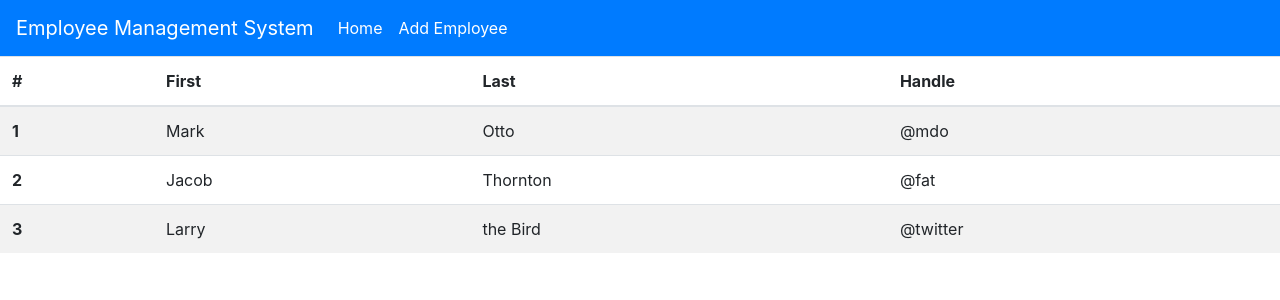
Repository: Keshav1902/Employee-Management-System
Page: http://localhost/index
The author's editor kept a copy of each file at every save. The page is drawn from the files as they stood at one save, then again after the next save.
The browser window is 1280 px wide. The pictures show the whole page.
Some web libraries are served in a nearby version. The page is this project's Thymeleaf template; nobody is signed in. The template is opened directly, without the code that normally fills it, so the values that code supplies are empty.

Above is the page before, as saved 2023-10-23 10:21:14.

### Employee_Management_System/src/main/resources/templates/index.html
<!doctype html>
<html lang="en">
<head>
<!-- Required meta tags -->
<meta charset="utf-8">
<meta name="viewport"
	content="width=device-width, initial-scale=1, shrink-to-fit=no">

<!-- Bootstrap CSS -->
<link rel="stylesheet"
	href="https://cdn.jsdelivr.net/npm/bootstrap@4.0.0/dist/css/bootstrap.min.css"
	integrity="sha384-Gn5384xqQ1aoWXA+058RXPxPg6fy4IWvTNh0E263XmFcJlSAwiGgFAW/dAiS6JXm"
	crossorigin="anonymous">

<title>Home Page</title>
</head>
<body>

	<nav class="navbar navbar-expand-lg navbar-dark bg-primary">
		<a class="navbar-brand" href="#">Employee Management System</a>
		<button class="navbar-toggler" type="button" data-toggle="collapse"
			data-target="#navbarSupportedContent"
			aria-controls="navbarSupportedContent" aria-expanded="false"
			aria-label="Toggle navigation">
			<span class="navbar-toggler-icon"></span>
		</button>

		<div class="collapse navbar-collapse" id="navbarSupportedContent">
			<ul class="navbar-nav mr-auto">
				<li class="nav-item active"><a class="nav-link" href="#">Home
						<span class="sr-only">(current)</span>
				</a></li>
				<li class="nav-item active"><a class="nav-link" href="#">Add Employee</a></li>
			</ul>
		</div>
	</nav>

	<table class="table table-striped">
  <thead>
    <tr>
      <th scope="col">#</th>
      <th scope="col">First</th>
      <th scope="col">Last</th>
      <th scope="col">Handle</th>
    </tr>
  </thead>
  <tbody>
    <tr>
      <th scope="row">1</th>
      <td>Mark</td>
      <td>Otto</td>
      <td>@mdo</td>
    </tr>
    <tr>
      <th scope="row">2</th>
      <td>Jacob</td>
      <td>Thornton</td>
      <td>@fat</td>
    </tr>
    <tr>
      <th scope="row">3</th>
      <td>Larry</td>
      <td>the Bird</td>
      <td>@twitter</td>
    </tr>
  </tbody>
</table>

	<!-- Optional JavaScript -->
	<!-- jQuery first, then Popper.js, then Bootstrap JS -->
	<script src="https://code.jquery.com/jquery-3.2.1.slim.min.js"
		integrity="sha384-KJ3o2DKtIkvYIK3UENzmM7KCkRr/rE9/Qpg6aAZGJwFDMVNA/GpGFF93hXpG5KkN"
		crossorigin="anonymous"></script>
	<script
		src="https://cdn.jsdelivr.net/npm/popper.js@1.12.9/dist/umd/popper.min.js"
		integrity="sha384-ApNbgh9B+Y1QKtv3Rn7W3mgPxhU9K/ScQsAP7hUibX39j7fakFPskvXusvfa0b4Q"
		crossorigin="anonymous"></script>
	<script
		src="https://cdn.jsdelivr.net/npm/bootstrap@4.0.0/dist/js/bootstrap.min.js"
		integrity="sha384-JZR6Spejh4U02d8jOt6vLEHfe/JQGiRRSQQxSfFWpi1MquVdAyjUar5+76PVCmYl"
		crossorigin="anonymous"></script>
</body>
</html>

After the next save:
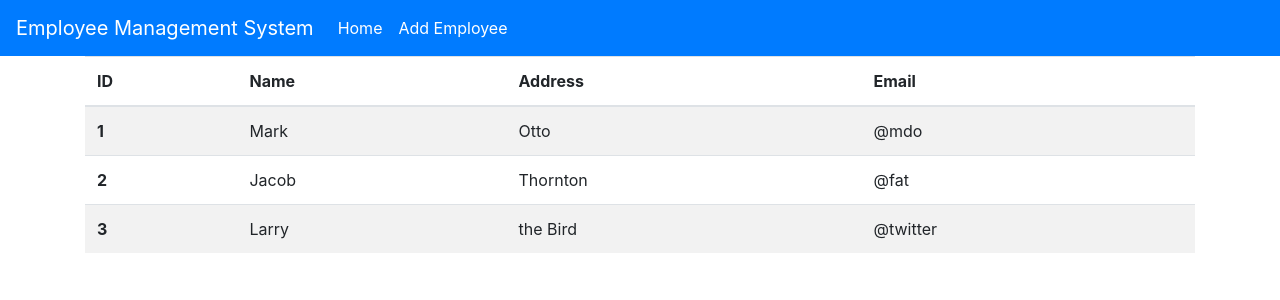
Saved 93 s later.
--- a/Employee_Management_System/src/main/resources/templates/index.html
+++ b/Employee_Management_System/src/main/resources/templates/index.html
@@ -35,13 +35,14 @@
 		</div>
 	</nav>
 
-	<table class="table table-striped">
+	<div class ="container">
+		<table class="table table-striped">
   <thead>
     <tr>
-      <th scope="col">#</th>
-      <th scope="col">First</th>
-      <th scope="col">Last</th>
-      <th scope="col">Handle</th>
+      <th scope="col">ID</th>
+      <th scope="col">Name</th>
+      <th scope="col">Address</th>
+      <th scope="col">Email</th>
     </tr>
   </thead>
   <tbody>
@@ -65,6 +66,8 @@
     </tr>
   </tbody>
 </table>
+	</div>
+
 
 	<!-- Optional JavaScript -->
 	<!-- jQuery first, then Popper.js, then Bootstrap JS -->
